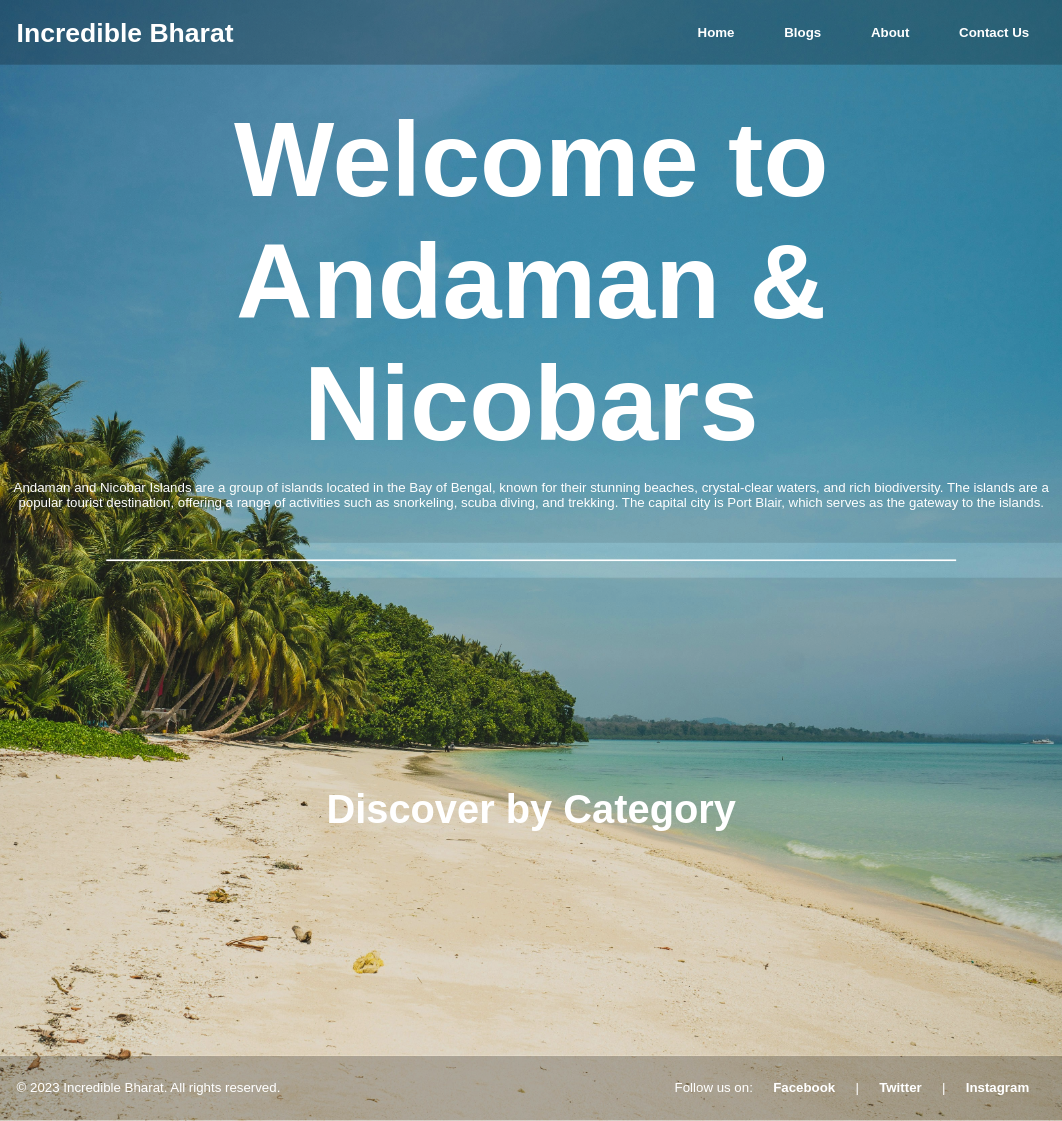
Repository: jaidhiman111/incrediblebharat
Page: destinations/Andaman&Nicobar.html
The author's editor kept a copy of each file at every save. The page is drawn from the files as they stood at one save, then again after the next save.
The browser window is 1280 px wide. The pictures show the whole page, at 83% of full size.

Above is the page before, as saved 2025-04-30 23:19:39.

### destinations/Andaman&Nicobar.html
<!DOCTYPE html>
<html lang="en">

<head>
    <meta charset="UTF-8">
    <link rel="stylesheet" href="/assets/style.css">
    <meta name="viewport" content="width=device-width, initial-scale=1.0">
    <title>Document</title>
</head>

<body class="andaman-nicobar">
    <!-- This is the header of the page. -->
    <header class="header">
        <div class="logo">
            <h1>Incredible Bharat</h1>
        </div>
        <div class="nav">
            <nav>
                <ul>
                    <li>
                        <a href="/index.html">Home</a>
                        <a href="#">Blogs</a>
                        <a href="#">About</a>
                        <a href="#">Contact Us</a>
                    </li>
                </ul>
            </nav>
        </div>
    </header>
    <!-- This is the main content of the page. -->
    <main class="andaman-nicobar-container">
        <section class="hero-section">
            <h2>Welcome to Andaman & Nicobars</h2>
            <p>Andaman and Nicobar Islands are a group of islands located in the Bay of Bengal, known for their stunning
                beaches, crystal-clear waters, and rich biodiversity. The islands are a popular tourist destination,
                offering a range of activities such as snorkeling, scuba diving, and trekking. The capital city is Port
                Blair, which serves as the gateway to the islands.</p>
        </section>
        <hr>
        <section class="state-section">
            <h2>Discover by Category</h2>
        </section>
    </main>
    <!-- This is the footer of the page. -->
    <footer class="footer">
        <div>
            <p>&copy; 2023 Incredible Bharat. All rights reserved.</p>
        </div>
        <div>
            <p>Follow us on:
                <a href="#">Facebook</a> |
                <a href="#">Twitter</a> |
                <a href="#">Instagram</a>
        </div>
    </footer>
</body>

</html>

### assets/style.css
* {
    box-sizing: border-box;
    margin: 0;
    padding: 0;
}

.home {
    font-family: Arial, sans-serif;
    background-image: url('/media/bg-cover.jpg');
    background-size: cover;
    background-repeat: no-repeat;
    background-position: center;
    color: #fff;
}

.andaman-nicobar {
    font-family: Arial, sans-serif;
    background-image: url('/media/andaman.jpg');
    background-size: cover;
    background-repeat: no-repeat;
    background-position: center;
    color: #fff;
}


/* This is for header */
.header {
    background-color: rgba(0, 0, 0, 0.3);
    display: flex;
    justify-content: space-between;
    align-items: center;
    padding: 20px;
    position: sticky;
    top: 0;
    text-align: center;
}

li {
    list-style: none;
    display: flex;
    gap: 20px;
}

li a {
    /* background-color:aqua ; */
    padding: 10px 20px;
    border-radius: 5px;
    text-decoration: none;
    color: #fff;
    font-weight: bold;
}

li a:hover {
    color: #fff;
    transform: scale(1.1);
    /* background-color: rgba(0, 0, 0, 0.4); */
}

/* This is for section */
section{
    background-color: rgba(0, 0, 0, 0.1);
}

.hero-section {
    display: flex;
    flex-direction: column;    /* stack items vertically */
    justify-content: center;   /* center vertically */
    align-items: center;       /* center horizontally */
    height: 80vh;
    text-align: center;
}

.hero-section h2 {
    font-size: 8rem;
    margin-bottom: 20px;
}

.hero-section a {
    text-decoration: none;
    color: #fff;
    font-size: 1.5rem;
    margin-bottom: 20px;
}

.hero-section a:hover {
    color: #fff;
    text-decoration: underline;
    transform: scale(1.1);
    transition: transform 0.3s ease-in-out;
}

hr {
    width: 80%;
    margin: 20px auto;
    border: 1px solid #fff;
}

.state-section {
    display: flex;
    flex-direction: column;    /* stack items vertically */
    justify-content: center;
    align-items: center;
    height: 80vh;
    text-align: center;
}

.state-section h2 {
    font-size: 3rem;
    margin-bottom: 20px;
}

.state-button {
    padding: 30px;
    max-width: 100rem;
    margin: 0 auto;
  }

  .state-button button {
    background-color: rgba(0, 0, 0, 0.4);  /* Soft blue */
    border: none;
    border-radius: 8px;
    margin: 10px ;
    padding: 12px 20px;
    cursor: pointer;
    transition: background-color 0.3s ease;
    font-size: 16px;
    font-weight: 500;
  }

  .state-button button a {
    color: #ffffff;
    text-decoration: none;
    display: block;
    width: 100%;
    height: 100%;
  }

  .state-button button:hover {
    background-color: rgba(0, 0, 0, 0.7); /* Darker blue on hover */
    transform: scale(1.1); /* Slightly enlarge the button on hover */
    transition: transform 0.3s ease-in-out;
  }

  /* This is for footer */

.footer {
    background-color: rgba(0, 0, 0, 0.3);
    display: flex;
    justify-content: space-between;
    align-items: center;
    padding: 20px;
    position: relative;
    bottom: 0;
    text-align: center;
}

.footer li {
    list-style: none;
    display: flex;
    gap: 20px;
}

.footer a {
    display: inline-block;
    padding: 10px 20px;
    border-radius: 5px;
    text-decoration: none;
    color: #fff;
    font-weight: bold;
}
.footer a:hover {
    color: #fff;
    transform: scale(1.1);

}

/* This is for media queries */
/* --- Andaman & Nicobar Page Enhancements --- */

After the next save:
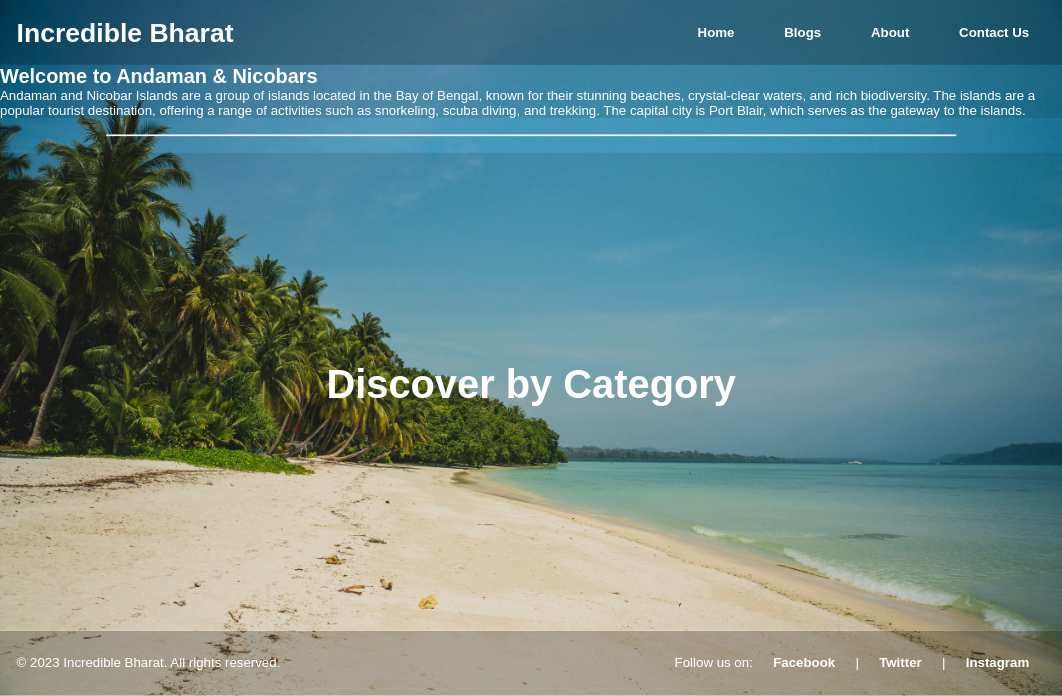
Saved 19 s later.
--- a/destinations/Andaman&Nicobar.html
+++ b/destinations/Andaman&Nicobar.html
@@ -29,7 +29,7 @@
     </header>
     <!-- This is the main content of the page. -->
     <main class="andaman-nicobar-container">
-        <section class="hero-section">
+        <section class="andaman-nicobar-section">
             <h2>Welcome to Andaman & Nicobars</h2>
             <p>Andaman and Nicobar Islands are a group of islands located in the Bay of Bengal, known for their stunning
                 beaches, crystal-clear waters, and rich biodiversity. The islands are a popular tourist destination,

After the 2 saves that followed:
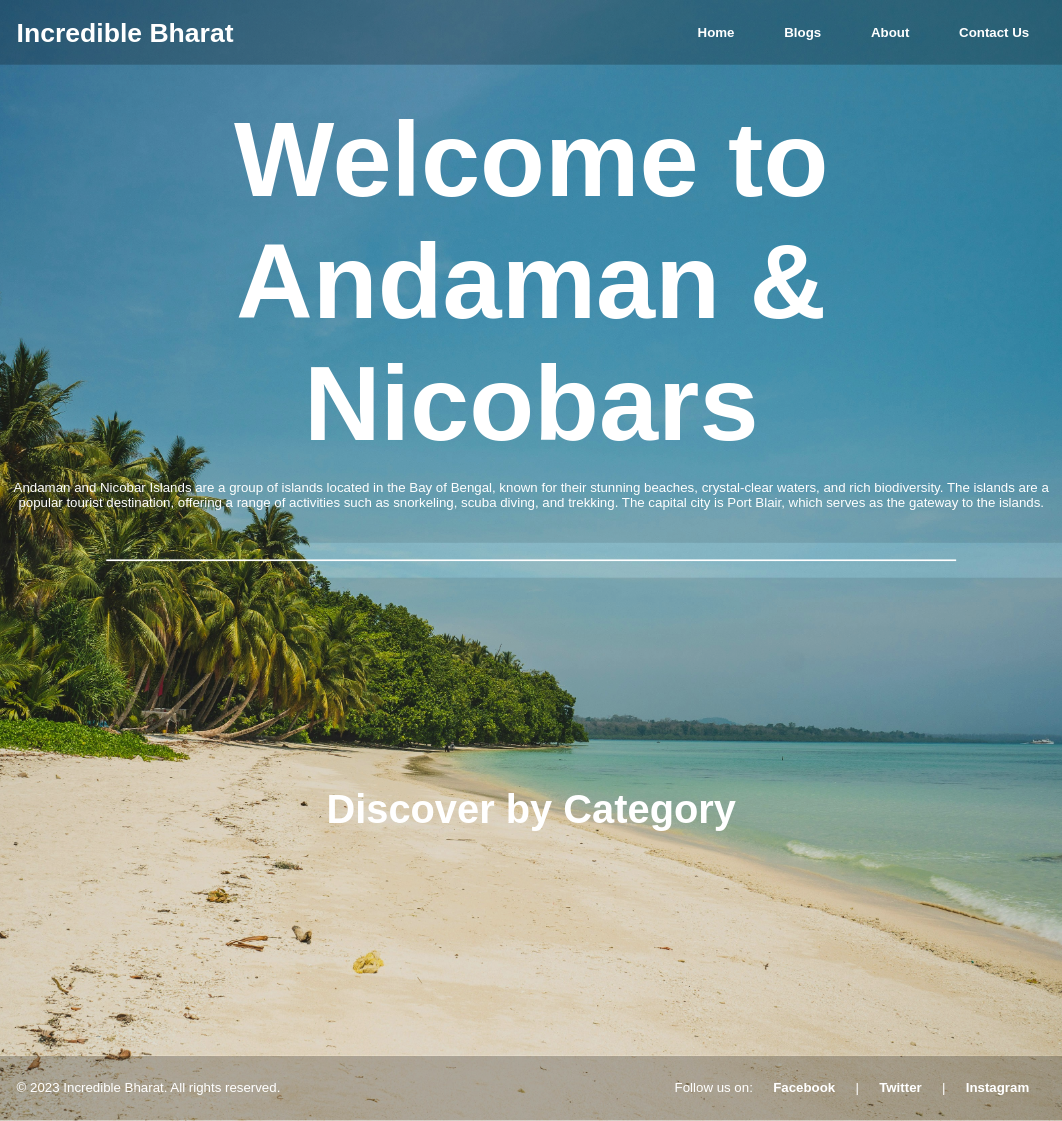
The 2 saves are shown as one change because 1 left the picture as it was.
The last was saved 48 s later.
--- a/destinations/Andaman&Nicobar.html
+++ b/destinations/Andaman&Nicobar.html
@@ -28,8 +28,8 @@
         </div>
     </header>
     <!-- This is the main content of the page. -->
-    <main class="andaman-nicobar-container">
-        <section class="andaman-nicobar-section">
+    <main class="main-container">
+        <section class="hero-section">
             <h2>Welcome to Andaman & Nicobars</h2>
             <p>Andaman and Nicobar Islands are a group of islands located in the Bay of Bengal, known for their stunning
                 beaches, crystal-clear waters, and rich biodiversity. The islands are a popular tourist destination,
